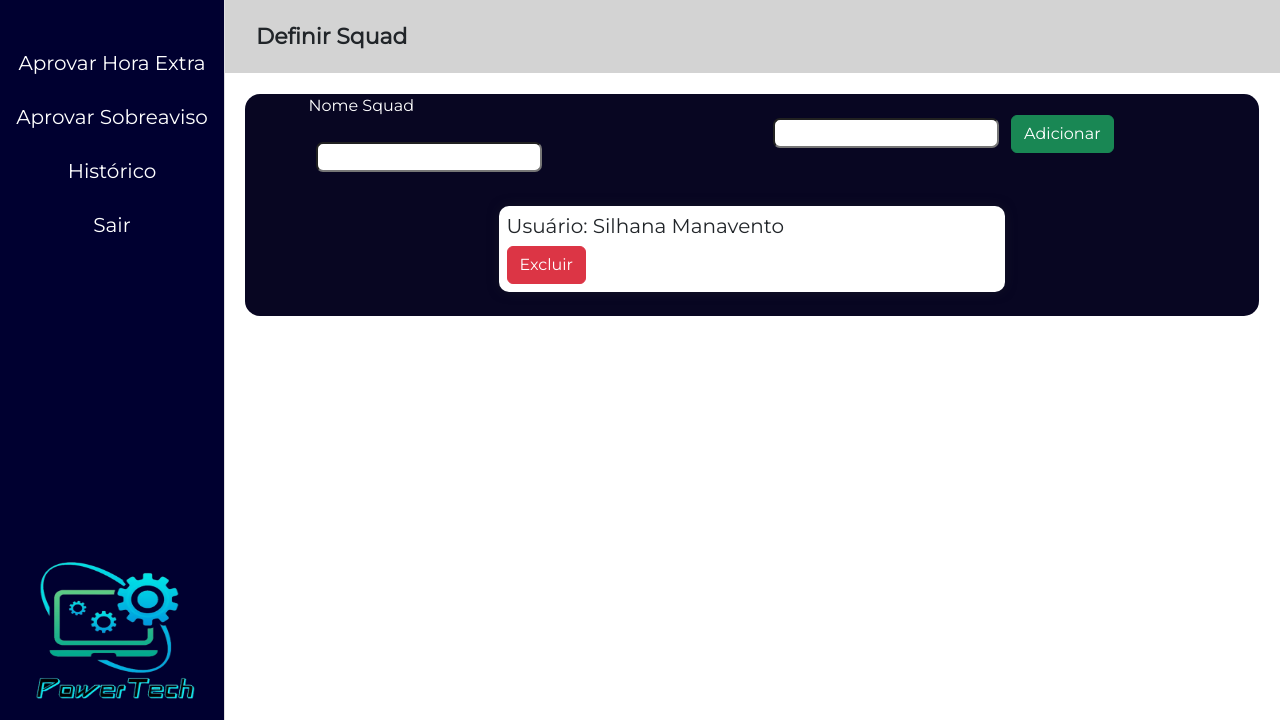
Repository: PowerTech-Fatec/API-2RP-NET
Page: /adm/squad (app in Sprint 3/2rp-web/)
An editor plug-in stored every save of this project. The page is shown before and after the next save, followed by the edit.
The browser window is 1280 px wide. The pictures show the whole page.
The project was rebuilt for these pictures with package versions that can differ from the ones it lists, and the page was loaded fresh each time. Also part of the build but not shown: Sprint 3/2rp-web/src/pages/login/login.js, Sprint 3/2rp-web/src/pages/home/dashboard.js, Sprint 3/2rp-web/src/pages/home/sobreaviso/sobreaviso.css, Sprint 3/2rp-web/src/pages/home/sobreaviso/sobreaviso.js, Sprint 3/2rp-web/src/pages/home/hora-extra/hora-extra.css, Sprint 3/2rp-web/src/pages/home/hora-extra/hora-extra.js, Sprint 3/2rp-web/src/components/cards/Cards.js, Sprint 3/2rp-web/src/pages/home/gestor/aprovar-hora-extra/gestor.js and 3 more.

Above is the page before, as saved 2022-11-02 16:47:08.

### Sprint 3/2rp-web/src/index.js
import React from 'react';
import ReactDOM from 'react-dom/client';
import './index.css';
import App from './App';
import reportWebVitals from './reportWebVitals';
import { BrowserRouter } from 'react-router-dom';
import 'bootstrap/dist/css/bootstrap.min.css';
import 'bootstrap-icons/font/bootstrap-icons.css';

import Popper from '@popperjs/core';
import 'bootstrap/dist/js/bootstrap.bundle.min';

const root = ReactDOM.createRoot(document.getElementById('root'));
root.render(
  <BrowserRouter>
    <App />
  </BrowserRouter>
);

// If you want to start measuring performance in your app, pass a function
// to log results (for example: reportWebVitals(console.log))
// or send to an analytics endpoint. Learn more: https://bit.ly/CRA-vitals
reportWebVitals();

### Sprint 3/2rp-web/src/App.js
import React from 'react'
import './App.css';
import { Routes, Route } from 'react-router-dom'
import Login from './pages/login/login'
import Dashboard from './pages/home/dashboard'
import Sobreaviso from './pages/home/sobreaviso/sobreaviso'
import HoraExtra from './pages/home/hora-extra/hora-extra'
import Gestor from './pages/home/gestor/aprovar-hora-extra/gestor'
import GestorSobreaviso from './pages/home/gestor/aprovar-sobreaviso/gestor-sobreaviso'
import GestorHistorico from './pages/home/gestor/historico/gestor-historico'
import Squad from './pages/home/adm/squad/def-squad'

function App() {
  return (
    <Routes>
      <Route path='/login' element={<Login />} />
      <Route path='/dashboard' element={<Dashboard />} />
      <Route path='/horaextra' element={<HoraExtra />} />
      <Route path='/sobreaviso' element={<Sobreaviso />} />
      <Route path='/gestor' element={<Gestor />} />
      <Route path='/gestor-sobreaviso' element={<GestorSobreaviso />} />
      <Route path='/gestor-historico' element={<GestorHistorico />} />
      <Route path='/adm/squad' element={<Squad />} />
      <Route path='*' element={<Login />} />
    </Routes>

  );
}

export default App;

### Sprint 3/2rp-web/src/App.css
@font-face {
    font-family: 'Montserrat';
    src: url(./assets/fonts/Montserrat-Regular.ttf);
}

*{
    font-family: 'Montserrat';
}

.ml-1{margin-left: 0.25rem;}
.ml-2{margin-left: 0.5rem;}
.ml-3{margin-left: 0.75rem;}
.ml-4{margin-left: 1rem;}
.ml-5{margin-left: 1.25rem;}

### Sprint 3/2rp-web/src/pages/home/adm/squad/def-squad.js
import Sidebar from "../../../../components/sidebar"
import Header from "../../../../components/header/header";
import Card from "../../../../components/cards/Squad"
import './def-squad.css'

import React, { Component, useEffect, useState } from 'react';


function Squad() {
    return (
        <Sidebar>
          <Header nome="Definir Squad"></Header>

          {/* linha 1: solitações, filtro */}
          <div className="background d-flex flex-column aling-itens-center">

            <div>
            <div className="col-12 d-flex justify-content-around">
            <div className="col-4">
            <span>
            <label className="font">Nome Squad</label> <input className="squad-name mt-4 mb-4 ml-2"></input>
            </span>
            </div>




            <div className="col-5">
            <span>
            <input className="squad-name mt-4 mb-4"></input><button type="button" class="btn btn-success ml-3">Adicionar</button>
            </span>
            </div>

            </div>


            {/* card info hora extra */}
            <div className="d-flex flex-column aling-itens-center">
            <Card
              Usuario = " Silhana Manavento"
            />

            </div>


            </div>

          </div>
        </Sidebar>
    )
}

export default Squad

### Sprint 3/2rp-web/src/pages/login/login.css
.login{
    background: #090d23
    ;
}
.fundo{
    background-color: #090d23;
    width: 300px;
    height: 50px;
    color: #fff;
}
.fundoback{
    background-color: #262d28;
}
.fundocolor{
    background-color: #090d23;
}
.background{
    background-color: #9A9696;
}
.height{
    height: 100vh;

}
.tpm{
    margin-top: 150px;
}
.input{
    width: 350px;
    height: 40px;
}
.marg{
    margin-top: 100px;
    margin-left: 180px;
}
.svg{
    margin-top: 3px;
}

### Sprint 3/2rp-web/src/components/sidebar.js
import { Drawer, useTheme } from '@mui/material'
import { Box } from '@mui/system'
import './Sidebar.css'
import { Link } from 'react-router-dom'

import React from 'react'

function Sidebar({ children }) {
    const theme = useTheme();




    return (
        <>

            <Drawer variant='permanent'>
                <Box width={theme.spacing(28)} height={theme.spacing(100)} className ='side-bar  '>
                     <div className='texto mt-5'>

                                {/* <Link to='/dashboard' className ='side-links mt-4'>
                                    Dashboard
                                </Link>
                                <Link to='/horaextra' className ='side-links mt-4'>
                                    Apontar Hora Extra
                                </Link>
                                <Link to='/sobreaviso' className ='side-links mt-4' >
                                    Apontar Sobreaviso
                                </Link> */}

                                {/* Associar a lista de link */}
                                {/* <Link to='/gestor-dashboard' className ='side-links mt-4' >
                                    Dashboard
                                </Link> */}
                                <Link to='/gestor' className ='side-links mt-4' >
                                        Aprovar Hora Extra
                                </Link>
                                <Link to='/gestor-sobreaviso' className ='side-links mt-4' >
                                    Aprovar Sobreaviso
                                </Link>
                                <Link to='/gestor-historico' className ='side-links mt-4' >
                                    Histórico
                                </Link>


                                <Link to='/login' className ='side-links mt-4' >
                                    Sair
                                </Link>

                    </div>
                    <div className='footer'>
                        <img src={require('../assets/powertech.png')} height='140px' width='160px' />
                    </div>
                </Box>
            </Drawer>

            <Box height="100vh" marginLeft={theme.spacing(28)}>
                {children}
            </Box>
        </>
    );
}

export default Sidebar

### Sprint 3/2rp-web/src/components/header/header.js
import './header.css'

import React from 'react'

function Header(props) {

    return (
        <>
            <div className='bg-title'>
                <span className='title'>{props.nome}</span>
            </div>
        </>
    );
}

export default Header

### Sprint 3/2rp-web/src/pages/home/gestor/aprovar-hora-extra/gestor.css
.background{
    margin-top: 2%;
    margin-left: 2%;
    margin-right: 2%;
    border-radius: 15px;

    background-color: #080622;
}

/* .filtro{
    width: 20%;
} */

/* /* .soli{
    margin-left: 15%;
} */

.filtroLabel{
    margin-left: 37%;
} */

.font{
    color: white;
}

### Sprint 3/2rp-web/src/pages/home/gestor/aprovar-sobreaviso/gestor-sobreaviso.css
.background{
    margin-top: 2%;
    margin-left: 2%;
    margin-right: 2%;
    border-radius: 15px;

    background-color: #080622;
}

.filtro{
    width: 20%;
}

.soli{
    margin-left: 15%;
}

.filtroLabel{
    margin-left: 37%;
}

.font{
    color: white;
}

### Sprint 3/2rp-web/src/pages/home/gestor/historico/gestor-historico.css
.background{
    margin-top: 2%;
    margin-left: 2%;
    margin-right: 2%;
    border-radius:   15px;

    background-color: #080622;
}

.filtro{
    width: 20%;
}

.soli{
    margin-left: 15%;
}

.filtroLabel{
    margin-left: 37%;
}

.font{
    color: white;
}

### Sprint 3/2rp-web/src/components/cards/Squad.js
import React from "react";
import './Squad.css'

function Card(props) {
    return(
        <div className="card-container mb-4 col-6 offset-3">
            <div className="card-content">

            <div className="card-title ml-2 mt-2">
                <span>
                <h5>Usuário: {props.Usuario}</h5>
                <button type="button" class="btn btn-danger mb-2">Excluir</button>
                </span>
            </div>

            </div>

        </div>
    )
}

export default Card

### Sprint 3/2rp-web/src/pages/home/adm/squad/def-squad.css
.background{
    margin-top: 2%;
    margin-left: 2%;
    margin-right: 2%;
    border-radius: 15px;

    background-color: #080622;
}

.filtro{
    width: 20%;
}

/* .soli{
    margin-left: 15%;
} */

/* .filtroLabel{
    margin-left: 37%;
} */

.font{
    color: white;
}

.squad-name{
    border-radius: 7px;
}

### Sprint 3/2rp-web/src/components/Sidebar.css
.side-links {
    color: #fff;
    text-decoration: none;
    font-size: 20px;
    display: flex;
    justify-content: center;
}

.side-bar {
    background-color: #000030;
}

.footer{
    margin-bottom: 20px;
    margin-left: 35px;
    position: absolute;
    bottom: 0;
}

### Sprint 3/2rp-web/src/components/header/header.css
.bg-title{
    background-color: lightgray;
    padding: 20px 0px;
}

.title{
    font-size: 22px;
    font-weight: bold;
    margin-left: 2rem;
}

### Sprint 3/2rp-web/src/components/cards/Cards.css
.card-container{
    width: 900px;
    overflow: hidden;
    box-shadow: 0px 0px 15px -5px;
    border-radius: 10px;
    /* margin-left: 15%; */
    margin-top: 10px;

    background-color: white;
}

### Sprint 3/2rp-web/src/components/cards/Squad.css
.card-container{
    width: 600px;
    overflow: hidden;
    box-shadow: 0px 0px 15px -5px;
    border-radius: 10px;
    /* margin-left: 15%; */
    margin-top: 10px;

    background-color: white;
}

Loaded but not shown: Sprint 3/2rp-web/public/index.html (common file); Sprint 3/2rp-web/src/index.css (common file); Sprint 3/2rp-web/src/reportWebVitals.js (common file)

After the next save:
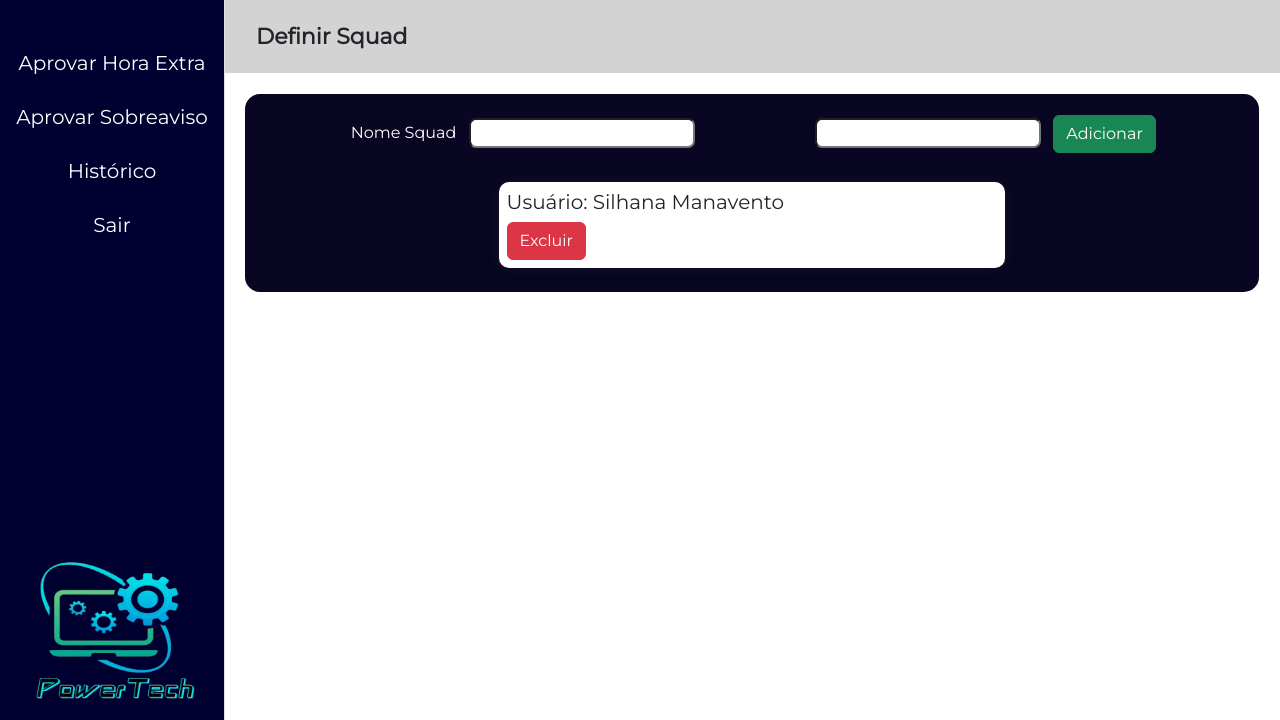
Saved 10 s later.
--- a/Sprint 3/2rp-web/src/pages/home/adm/squad/def-squad.js
+++ b/Sprint 3/2rp-web/src/pages/home/adm/squad/def-squad.js
@@ -16,7 +16,7 @@ function Squad() {
 
             <div>
             <div className="col-12 d-flex justify-content-around">
-            <div className="col-4">
+            <div className="col-5 offset-1">
             <span>
             <label className="font">Nome Squad</label> <input className="squad-name mt-4 mb-4 ml-2"></input>
             </span>
